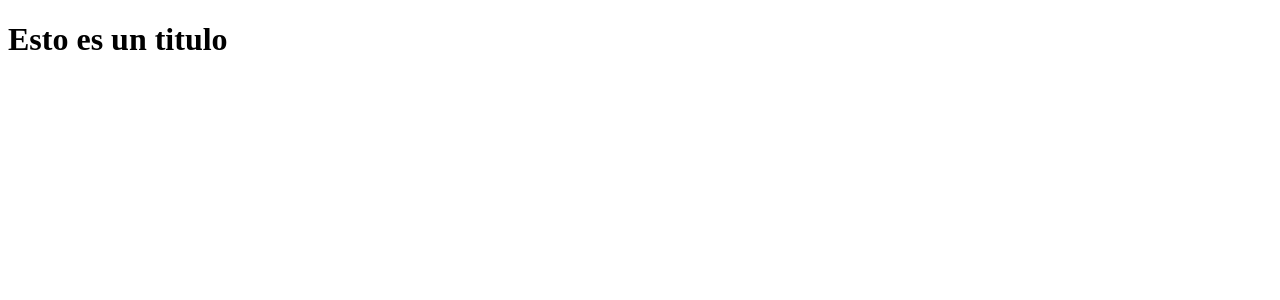
Repository: gazagal/workspace
Page: login-web-app/src/main/webapp/index.html
The author's editor kept a copy of each file at every save. The page is drawn from the files as they stood at one save, then again after the next save.
The browser window is 1280 px wide. The pictures show the whole page.

Above is the page before, as saved 2016-06-20 16:14:31.

### login-web-app/src/main/webapp/index.html
<!DOCTYPE html>
<html>
<head>
<meta charset="ISO-8859-1">
<title>Pagina Inicial</title>
</head>
<body>
	<h1>Esto es un titulo</h1>
</body>
</html>

After the next save:
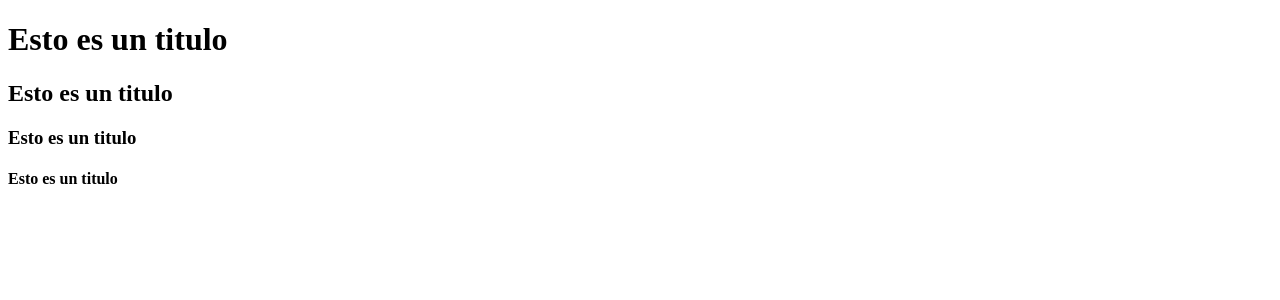
Saved 41 s later.
--- a/login-web-app/src/main/webapp/index.html
+++ b/login-web-app/src/main/webapp/index.html
@@ -6,5 +6,8 @@
 </head>
 <body>
 	<h1>Esto es un titulo</h1>
+	<h2>Esto es un titulo</h2>
+	<h3>Esto es un titulo</h3>
+	<h4>Esto es un titulo</h4>
 </body>
 </html>
